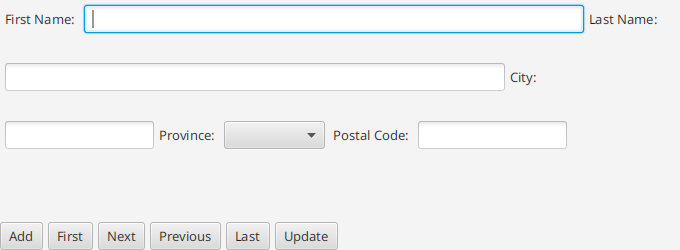
Repository: Mselenko/Java
Program's window: java w_5/JavaFx/src/task_2/AddressBook.java
The author's editor kept a copy of each file at every save. The program's window is drawn from the files as they stood at one save, then again after the next save.
It runs on Java 21 on a 1366 x 768 screen with JavaFX 11; the title bar is not drawn.

Above is the program's window before, as saved 2019-06-22 00:59:12.

After the next save:
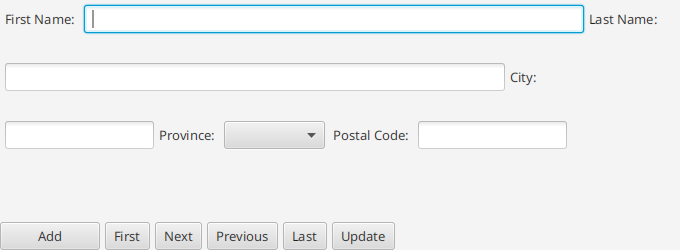
Saved 10 s later.
--- a/w_5/JavaFx/src/task_2/AddressBook.java
+++ b/w_5/JavaFx/src/task_2/AddressBook.java
@@ -63,7 +63,7 @@
 		Button updateBtn = new Button("Update");
 
 
-//		addBtn.setPrefWidth(100);
+		addBtn.setPrefWidth(100);
 //		firstBtn.setPrefWidth(100);
 //		nextBtn.setPrefWidth(100);
 //		previousBtn.setPrefWidth(100);
